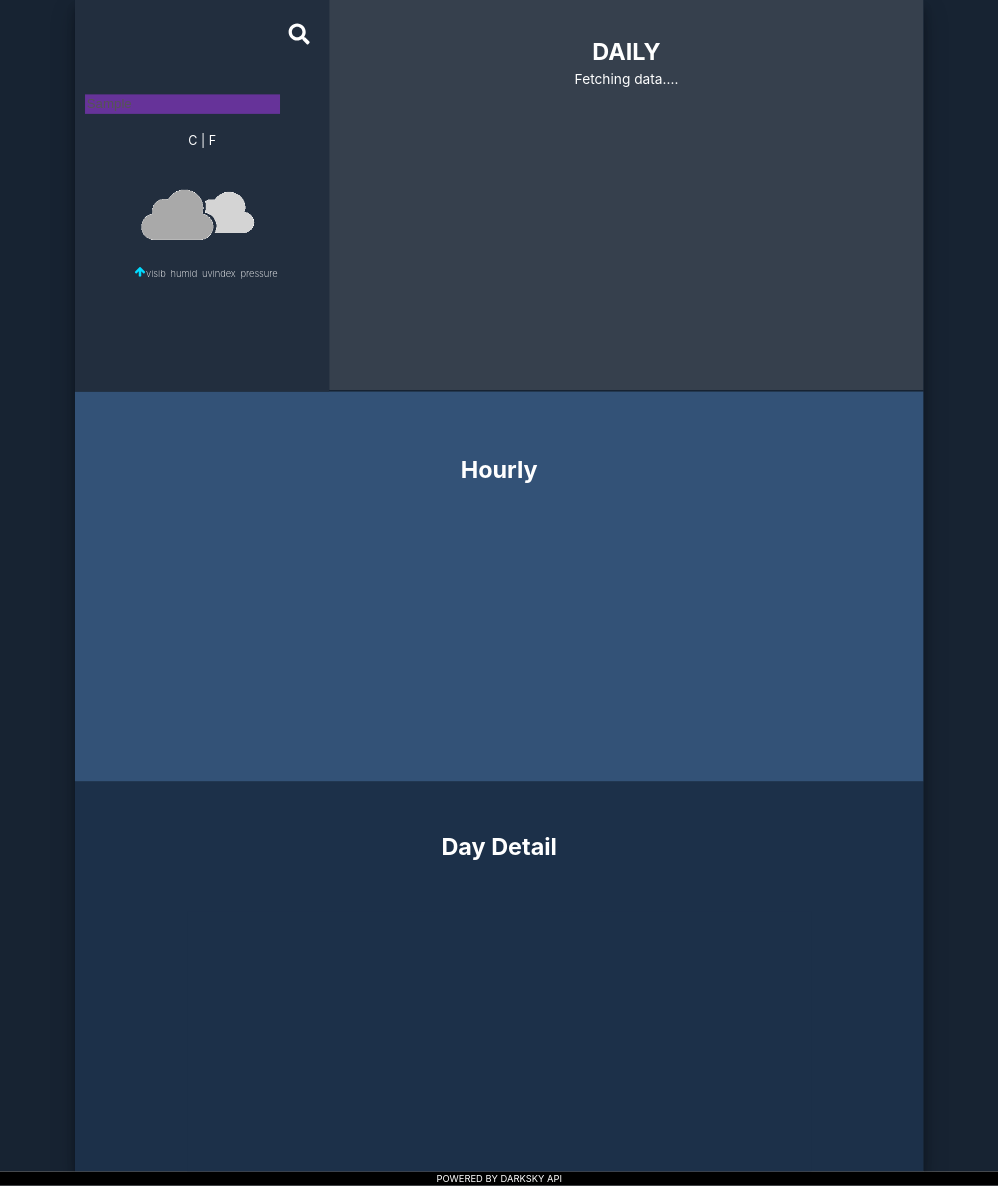
Repository: DOODpls/assignment3_weather
Page: index.html
These files come from the project's save history. The page is drawn as it stood at one moment and after the next save; the edit follows.
The browser window is 1280 px wide. The pictures show the whole page, at 78% of full size.
Empty fields were first filled with sample values (such as "Sample", 5 or name@example.com).
After loading, the first visible `#searchbutton` was clicked once.
Some web fonts or font styles are not loaded; a fallback is used. Some web libraries are served in a nearby version.

Above is the page before, as saved 2020-01-07 21:20:36.

After the next save:
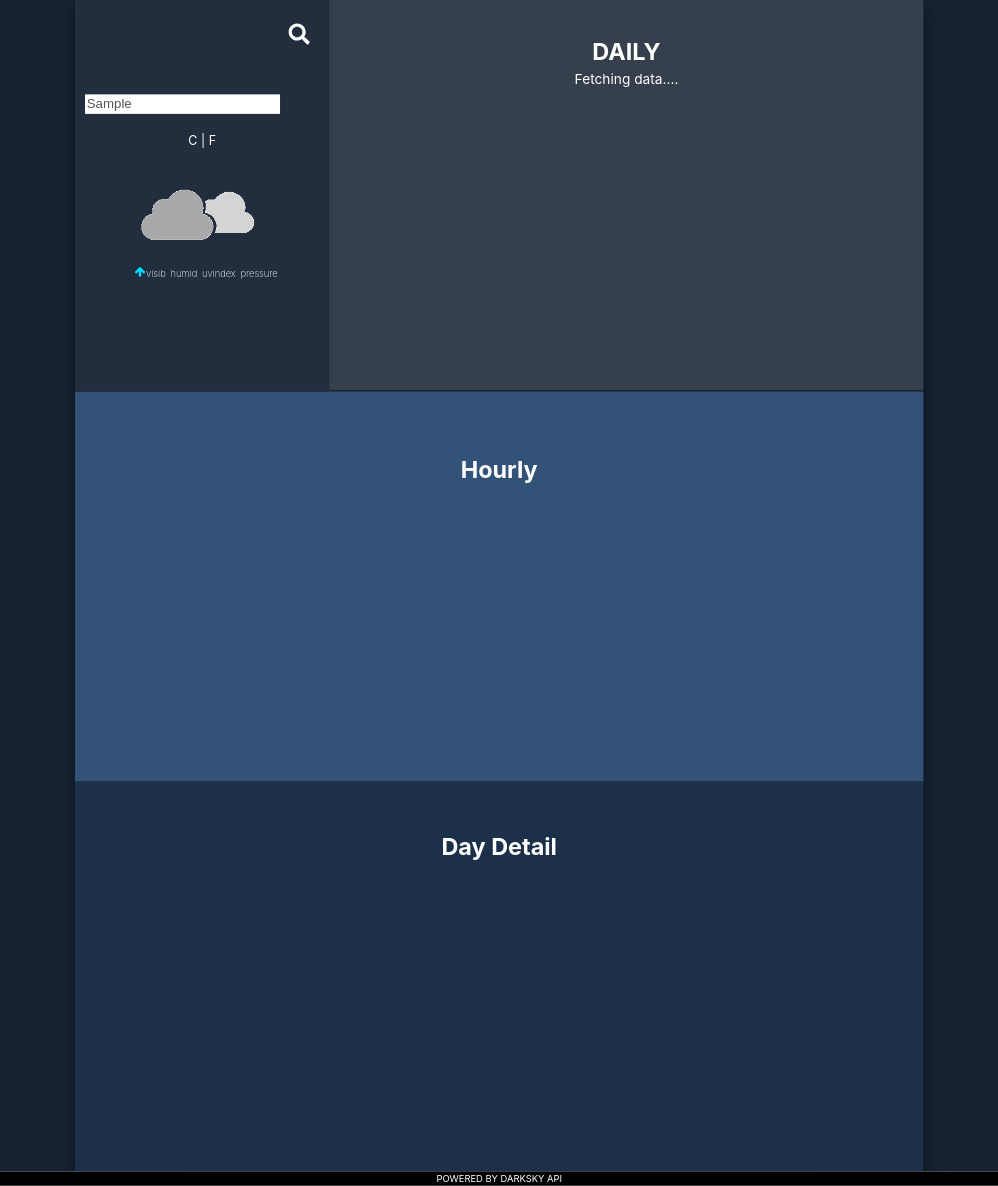
Saved 7 s later.
--- a/styles.css
+++ b/styles.css
@@ -156,7 +156,6 @@
 }
 .city-text-appear{
   right: 25px;
-  background-color: rebeccapurple;
 }
 .sub-info{
   display: flex;
